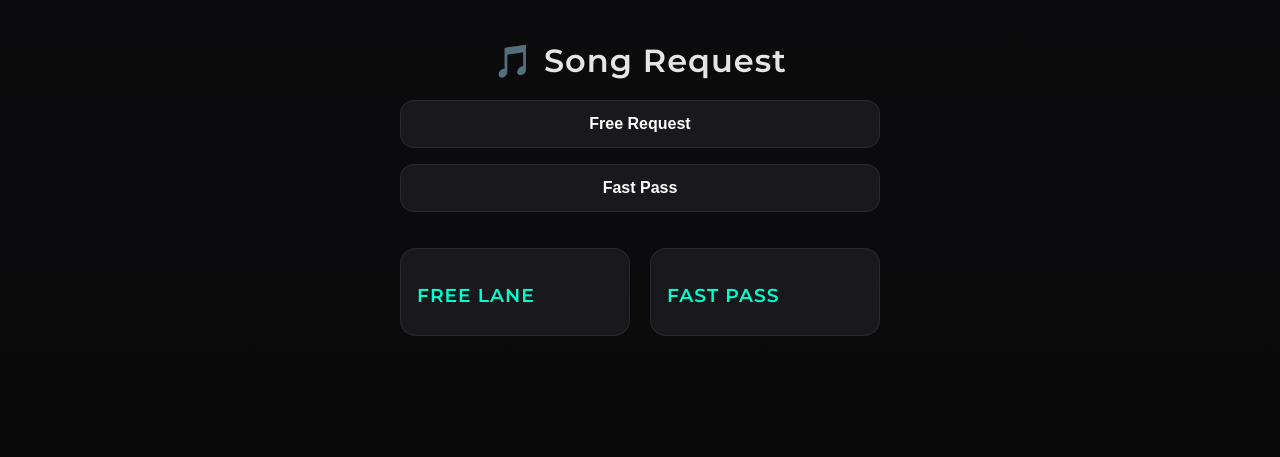
Repository: AryanHeravi/DJ-Request
Page: song_request.html
The author's editor kept a copy of each file at every save. The page is drawn from the files as they stood at one save, then again after the next save.
The browser window is 1280 px wide. The pictures show the whole page.

Above is the page before, as saved 2026-02-03 09:22:26.

### song_request.html
<!DOCTYPE html>
<html lang="en">
<head>
<meta charset="UTF-8">
<meta name="viewport" content="width=device-width, initial-scale=1.0"/>
<title>Song Request</title>
<link href="https://fonts.googleapis.com/css2?family=Montserrat:wght@400;600&display=swap" rel="stylesheet">
<style>
:root{
  --bg:#0b0b0d;
  --panel:rgba(30,30,35,0.75);
  --border:rgba(255,255,255,0.08);
  --text:#e5e5e5;
  --accent:#00ffd0;
  --gold:#d4af37;
  --highlight:#ff4d4d;
}

*{box-sizing:border-box;}
body{
  margin:0;
  font-family:'Montserrat',sans-serif;
  background:linear-gradient(180deg,#0b0b0d,#0a0a0a);
  color:var(--text);
  display:flex;
  flex-direction:column;
  align-items:center;
  min-height:100vh;
  padding:20px;
}

h1{
  text-align:center;
  margin-bottom:20px;
  font-weight:600;
  letter-spacing:1px;
}

.container{
  width:100%;
  max-width:480px;
  display:flex;
  flex-direction:column;
  gap:16px;
}

/* Buttons */
button{
  padding:14px;
  border:none;
  border-radius:14px;
  font-weight:600;
  font-size:16px;
  cursor:pointer;
  transition:0.3s;
  backdrop-filter:blur(6px);
  color:white;
}

button:hover{
  transform:scale(1.03);
}

/* Payment Buttons */
#paymentOptions button{
  padding:14px;
  border:none;
  border-radius:14px;
  font-weight:600;
  font-size:16px;
  cursor:pointer;
  transition:0.3s;
  color:white;
  backdrop-filter:blur(6px);
}

#paypalBtn{
  background:linear-gradient(135deg,#0070ba,#00a1ff); /* PayPal blue */
}

#paypalBtn:hover{
  transform:scale(1.05);
}

#cashBtn{
  background:linear-gradient(135deg,#28a745,#85e085); /* Green cash style */
  color:black;
}

#cashBtn:hover{
  transform:scale(1.05);
}

.payment-btn{
  background:var(--panel);
  border:1px solid var(--border);
}

.submit-btn{
  background:linear-gradient(135deg,var(--highlight),#ff1a66);
  color:white;
}

/* Form */
form{
  display:none;
  flex-direction:column;
  gap:12px;
  background:var(--panel);
  padding:20px;
  border-radius:16px;
  border:1px solid var(--border);
}

/* Input */
input{
  padding:12px;
  border-radius:12px;
  border:1px solid var(--border);
  background:#111;
  color:white;
  font-size:15px;
}

/* Payment selection */
#paymentOptions{
  display:none;
  flex-direction:column;
  gap:10px;
}

/* Live lanes */
.lanes{
  display:grid;
  grid-template-columns:1fr 1fr;
  gap:20px;
  margin-top:20px;
}

.lane{
  background:var(--panel);
  padding:16px;
  border-radius:16px;
  border:1px solid var(--border);
}

.lane h3{
  margin-bottom:12px;
  color:var(--accent);
  font-weight:600;
  letter-spacing:1px;
}

/* Requests */
.request{
  padding:10px 12px;
  border-radius:12px;
  background:rgba(20,20,25,0.85);
  margin-bottom:10px;
  font-size:14px;
  transition:0.3s;
}

.request.approved-fast{
  animation: goldPulse 3s ease infinite;
  background:linear-gradient(270deg,var(--gold),#ffec9e,var(--gold));
  background-size:300% 300%;
  color:black;
}

@keyframes goldPulse{
  0%{background-position:0% 50%;}
  50%{background-position:100% 50%;}
  100%{background-position:0% 50%;}
}

/* Mobile */
@media(max-width:700px){
  .lanes{grid-template-columns:1fr;}
  button{font-size:14px; padding:12px;}
}
</style>
</head>
<body>

<h1>🎵 Song Request</h1>
<div class="container">

  <!-- Selection -->
  <button id="freeBtn" class="payment-btn">Free Request</button>
  <button id="fastBtn" class="payment-btn">Fast Pass</button>

  <!-- Payment options for fast pass -->
  <div id="paymentOptions">
    <button id="paypalBtn">PayPal</button>
    <button id="cashBtn">Cash</button>
  </div>

  <!-- Form -->
  <form id="requestForm">
    <input name="song" placeholder="Song name" required>
    <input name="artist" placeholder="Artist name" required>
    <input name="name" placeholder="Your name (optional)">
    <input type="hidden" id="lane" name="lane">
    <input type="hidden" id="payment" name="payment">
    <button type="submit" class="submit-btn">Submit Request</button>
  </form>

  <!-- Live lanes -->
  <div class="lanes">
    <div class="lane">
      <h3>FREE LANE</h3>
      <div id="freeLane"></div>
    </div>
    <div class="lane">
      <h3>FAST PASS</h3>
      <div id="fastLane"></div>
    </div>
  </div>

</div>

<script>
const freeBtn = document.getElementById('freeBtn');
const fastBtn = document.getElementById('fastBtn');
const requestForm = document.getElementById('requestForm');
const laneInput = document.getElementById('lane');
const paymentInput = document.getElementById('payment');
const paymentOptions = document.getElementById('paymentOptions');
const paypalBtn = document.getElementById('paypalBtn');
const cashBtn = document.getElementById('cashBtn');

let selectedLane = '';
let selectedPayment = 'free';

freeBtn.onclick = ()=>{
  selectedLane='free';
  laneInput.value='free';
  paymentInput.value='free';
  paymentOptions.style.display='none';
  requestForm.style.display='flex';
}

fastBtn.onclick = ()=>{
  selectedLane='fast';
  laneInput.value='fast';
  requestForm.style.display='none';
  paymentOptions.style.display='flex';
}

paypalBtn.onclick = ()=>{
  selectedPayment='paypal';
  laneInput.value='fast';
  paymentInput.value='paypal';
  requestForm.style.display='flex';
  paymentOptions.style.display='none';
}

cashBtn.onclick = ()=>{
  selectedPayment='cash';
  laneInput.value='fast';
  paymentInput.value='cash';
  requestForm.style.display='flex';
  paymentOptions.style.display='none';
}

/* Submit request */
requestForm.addEventListener('submit', e=>{
  e.preventDefault();
  const data = {
    song: e.target.song.value,
    artist: e.target.artist.value,
    name: e.target.name.value,
    lane: e.target.lane.value,
    payment: e.target.payment.value,
    status: 'pending'
  };
  const list = JSON.parse(localStorage.getItem('requests')||'[]');
  list.push(data);
  localStorage.setItem('requests', JSON.stringify(list));
  alert('Request submitted! Admin will approve it.');
  requestForm.reset();
  requestForm.style.display='none';
});

/* Render live lanes (only approved) */
function renderLanes(){
  const list = JSON.parse(localStorage.getItem('requests')||'[]');
  const freeLane = document.getElementById('freeLane');
  const fastLane = document.getElementById('fastLane');
  freeLane.innerHTML='';
  fastLane.innerHTML='';
  list.forEach(r=>{
    if(r.status!=='approved') return;
    const div = document.createElement('div');
    div.className='request';
    if(r.lane==='fast') div.className='request approved-fast';
    div.innerHTML=`<strong>${r.song}</strong> – ${r.artist}<br><small>${r.name||''}</small>`;
    if(r.lane==='fast') fastLane.appendChild(div);
    else freeLane.appendChild(div);
  });
}

setInterval(renderLanes,3000);
renderLanes();
</script>

</body>
</html>

After the next save:
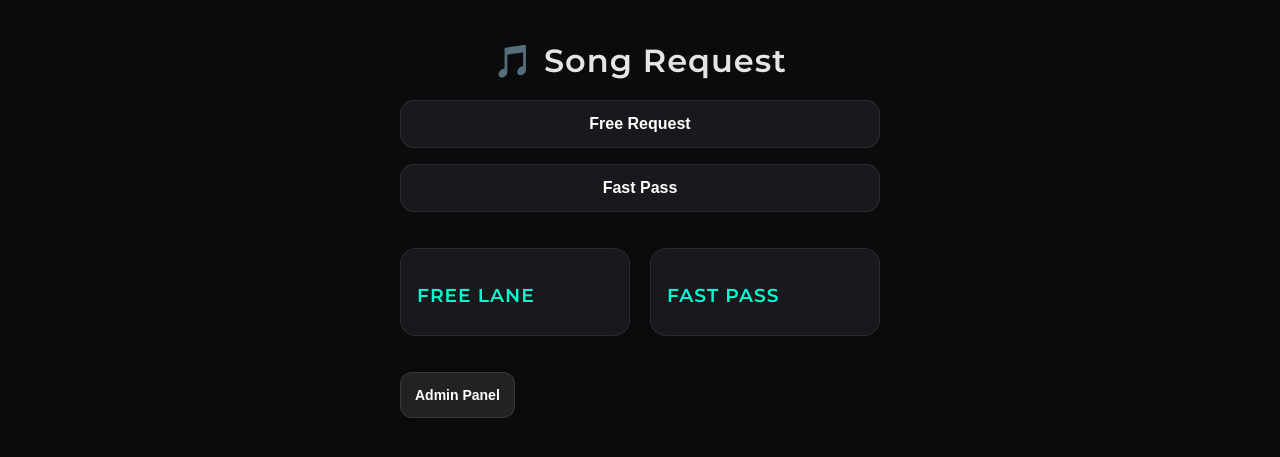
Saved 4 min 0 s later.
--- a/song_request.html
+++ b/song_request.html
@@ -217,6 +217,13 @@ input{
       <div id="fastLane"></div>
     </div>
   </div>
+
+  <!-- Admin button -->
+  <a href="admin.html">
+    <button style="background:rgba(255,255,255,0.1); color:#fff; font-size:14px; margin-top:20px; backdrop-filter:blur(6px); border:1px solid rgba(255,255,255,0.1); border-radius:12px;">
+      Admin Panel
+    </button>
+  </a>
 
 </div>
 
